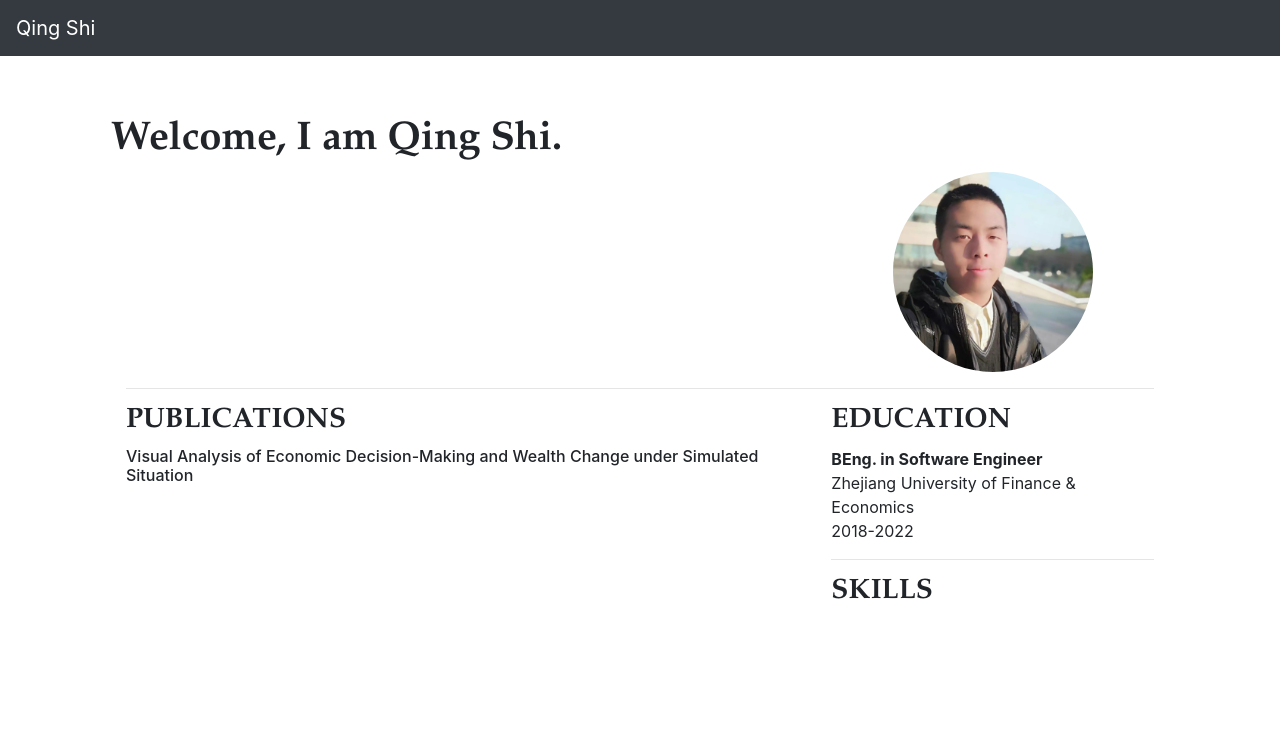
Repository: sqsssq/webpage
Page: index.html
The author's editor kept a copy of each file at every save. The page is drawn from the files as they stood at one save, then again after the next save.
The browser window is 1280 px wide. The pictures show the whole page.
Some web libraries are served in a nearby version.

Above is the page before, as saved 2022-03-28 00:48:19.

### index.html
<!--
 * @Author: Qing Shi
 * @LastEditTime: 2022-03-28 00:48:01
 * @Knowledge:
 * @Description: my homepage
 * @Attention:
-->
<!doctype html>
<html lang="zh-CN">

<head>
    <!-- 必须的 meta 标签 -->
    <meta charset="utf-8">
    <meta name="viewport" content="width=device-width, initial-scale=1, shrink-to-fit=no">
    <title>Qing Shi</title>

    <!-- 新 Bootstrap4 核心 CSS 文件 -->
    <link rel="stylesheet" href="https://cdn.staticfile.org/twitter-bootstrap/4.3.1/css/bootstrap.min.css">

    <!-- jQuery文件。务必在bootstrap.min.js 之前引入 -->
    <script src="https://cdn.staticfile.org/jquery/3.2.1/jquery.min.js"></script>

    <!-- bootstrap.bundle.min.js 用于弹窗、提示、下拉菜单，包含了 popper.min.js -->
    <script src="https://cdn.staticfile.org/popper.js/1.15.0/umd/popper.min.js"></script>

    <!-- 最新的 Bootstrap4 核心 JavaScript 文件 -->
    <script src="https://cdn.staticfile.org/twitter-bootstrap/4.3.1/js/bootstrap.min.js"></script>

    <link rel="stylesheet" href="css/index.css">
    <link rel="shortcut icon" href="icon/bitbug_favicon.ico" />
</head>

<body>

    <nav class="navbar  navbar-dark bg-dark">
        <a class="navbar-brand" href="#">
            Qing Shi
        </a>

        <!-- <button type="button" class="btn btn-outline-primary">中/EN</button> -->
    </nav>

    <div class="container framework">
        <!-- Image and text -->
        <div class="webHeader row">
            <h1 id="titleFont">Welcome, I am Qing Shi.</h1>
            <!-- <hr> -->
            <div class="webIntroduction col-lg-8">
            </div>

            <div class="webPhoto col-lg-4">
                <img src="photo/sq3.jpg">
                <div class="info">

                </div>
            </div>
        </div>
        <hr>
        <div class="webMain row">
            <div class="col-lg-8">
                <div id="webPublication">
                    <h3 id="titleFont">
                        PUBLICATIONS
                    </h3>
                    <div class="totalPublic">
                        <div class="pubic">
                            <h6>Visual Analysis of Economic Decision-Making and Wealth Change under Simulated Situation</h6>
                        </div>
                    </div>
                </div>
            </div>
            <div class="col-lg-4">
                <div id="webEducation">
                    <h3 id="titleFont">
                        <!-- ::before -->
                        EDUCATION
                    </h3>
                    <a style="font-weight: bold;">BEng. in Software Engineer</a>
                    <br>
                    Zhejiang University of Finance & Economics
                    <br>
                    2018-2022
                </div>
                <hr>
                <div id="webSkill">
                    <h3 id="titleFont">SKILLS</h3>
                </div>
            </div>
        </div>
</body>

</html>

### css/index.css
* {
    margin: 0;
    padding: 0;
}

body {
    /* font-family:Georia,serif; */
    background: #ffffff;
    /* font-weight:bold; */
    /* font-size:15px; */
    /* color:#333;
    overflow: hidden; */
    -webkit-font-smoothing: antialiased;
}

.framework {
    /* height: 1000px; */
    margin-top: 30px;
    margin-bottom: 100px;
    padding: 30px 30px 30px 30px;
    width: 85%;
    /* border-color: black; */
    /* border-width: 3px; */
    /* border-style: solid; */
    /* box-shadow: darkgrey 0px 0px 30px 5px ; */
}


#titleFont {
    /* Garamond */
    font-family: Garamond;
    font-weight: bold;
}

.webPhoto {
    /* align-items: center; */
    /* background-color: aqua; */
    display: flex;
    flex-direction: column;
    justify-content: center;
    align-items: center;
}

.webPhoto img {
    border-radius: 50%;
}

img {
    vertical-align: middle;
    border-style: none;
    height: 200px;
    width: 200px;
}

.webPhoto info {
    margin-top: 15px;
    text-align: center;
    line-height: 1.64;
}

/*chrome--------------------------------------------start*/
::-webkit-scrollbar {
    width: 8px;
    height: 8px;
}

/* Track */
::-webkit-scrollbar-track {
    background: #ffffff;
    border-radius: 8px;
}

/* Handle */
::-webkit-scrollbar-thumb {
    background: rgb(201, 201, 202);
    border-radius: 8px;
}

/* Handle on hover */
::-webkit-scrollbar-thumb:hover {
    background: rgb(162, 162, 163);
}

.el-menu::-webkit-scrollbar,
.el-table__body-wrapper::-webkit-scrollbar {
    display: none;
}

.el-menu:hover::-webkit-scrollbar,
.el-table__body-wrapper:hover::-webkit-scrollbar {
    display: block;
}

/*chrome--------------------------------------------end*/

After the next save:
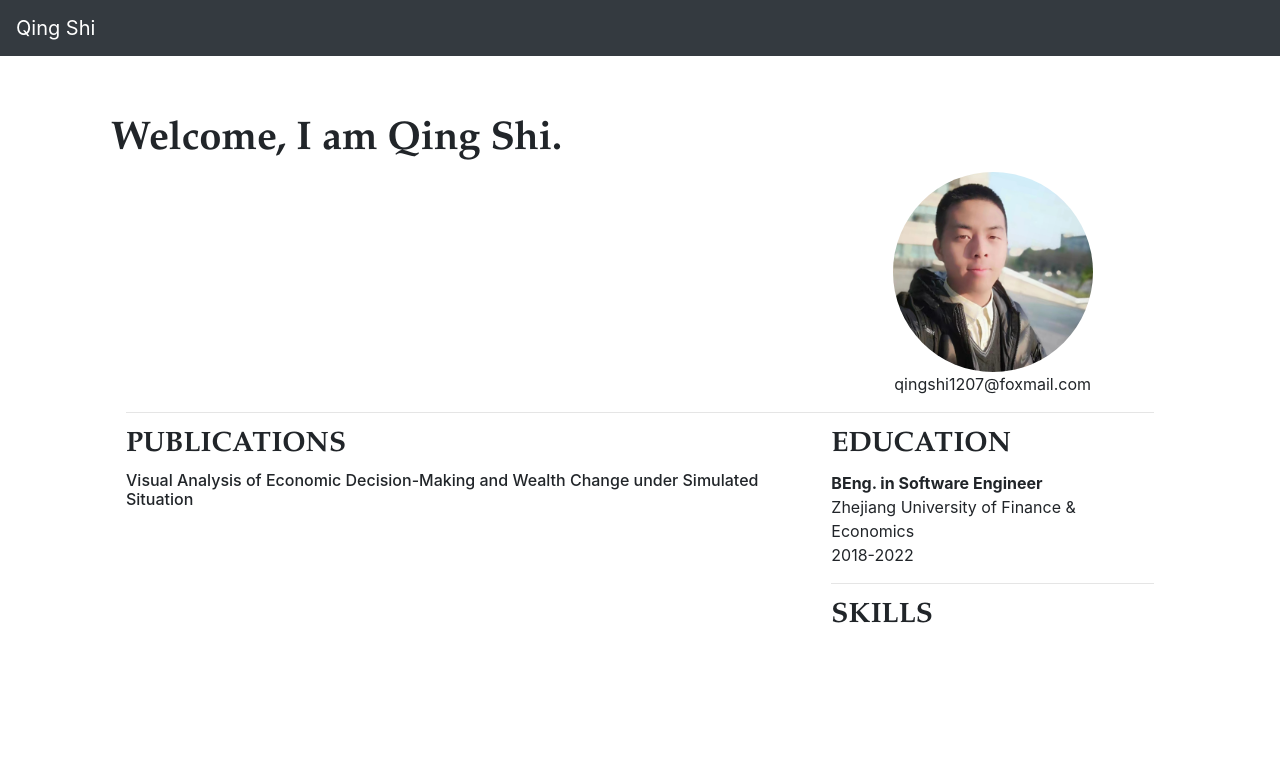
Saved 36 s later.
--- a/index.html
+++ b/index.html
@@ -51,7 +51,7 @@
             <div class="webPhoto col-lg-4">
                 <img src="photo/sq3.jpg">
                 <div class="info">
-
+                    qingshi1207@foxmail.com
                 </div>
             </div>
         </div>
